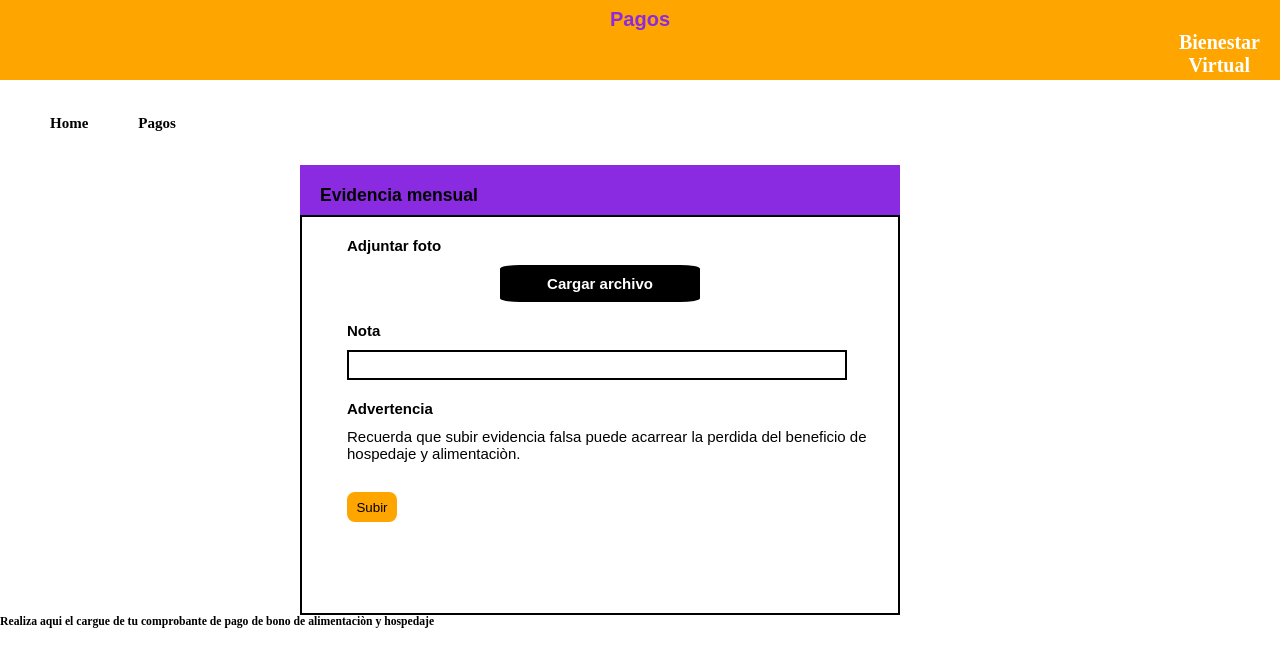
Repository: Diani123/Mis-actividades
Page: softwarebienestarinstitucional/pagos.html
The author's editor kept a copy of each file at every save. The page is drawn from the files as they stood at one save, then again after the next save.
The browser window is 1280 px wide. The pictures show the whole page.

Above is the page before, as saved 2023-02-12 20:14:01.

After the next save:
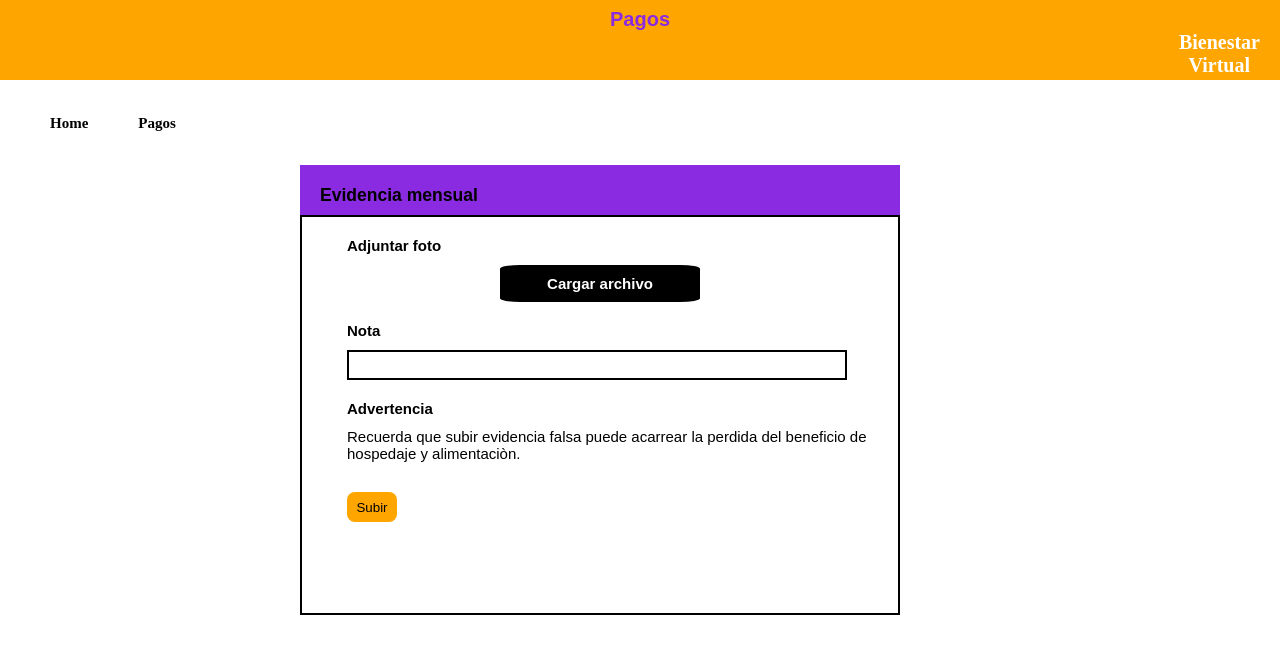
Saved 3 min 13 s later.
--- a/softwarebienestarinstitucional/pagos.html
+++ b/softwarebienestarinstitucional/pagos.html
@@ -58,8 +58,6 @@
         </form>
       </div>
     </div>
-    <div>
-      <h3>Realiza aqui el cargue de tu comprobante de pago de bono de alimentaciòn y hospedaje</h3>
-    </div>
+
   </body>
 </html>

After the save that followed:
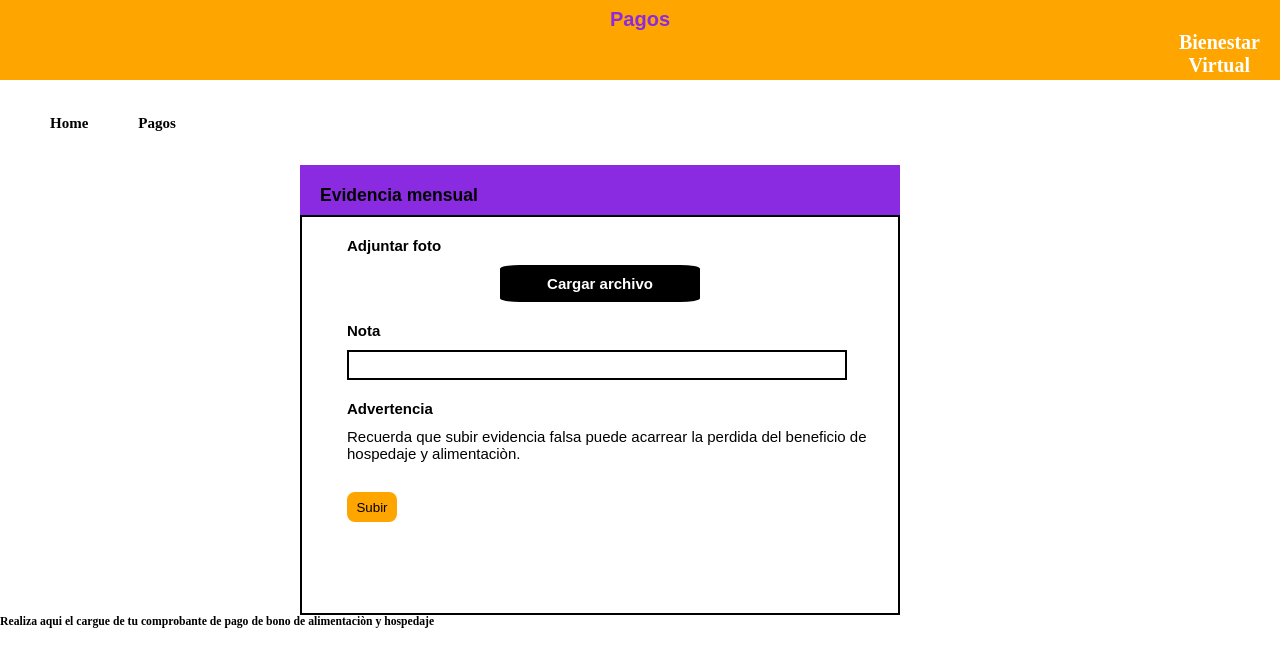
Saved 5 s later.
--- a/softwarebienestarinstitucional/pagos.html
+++ b/softwarebienestarinstitucional/pagos.html
@@ -57,6 +57,9 @@
           <button class="boton">Subir</button>
         </form>
       </div>
+      <div>
+        <h3>Realiza aqui el cargue de tu comprobante de pago de bono de alimentaciòn y hospedaje</h3>
+      </div>
     </div>
 
   </body>
